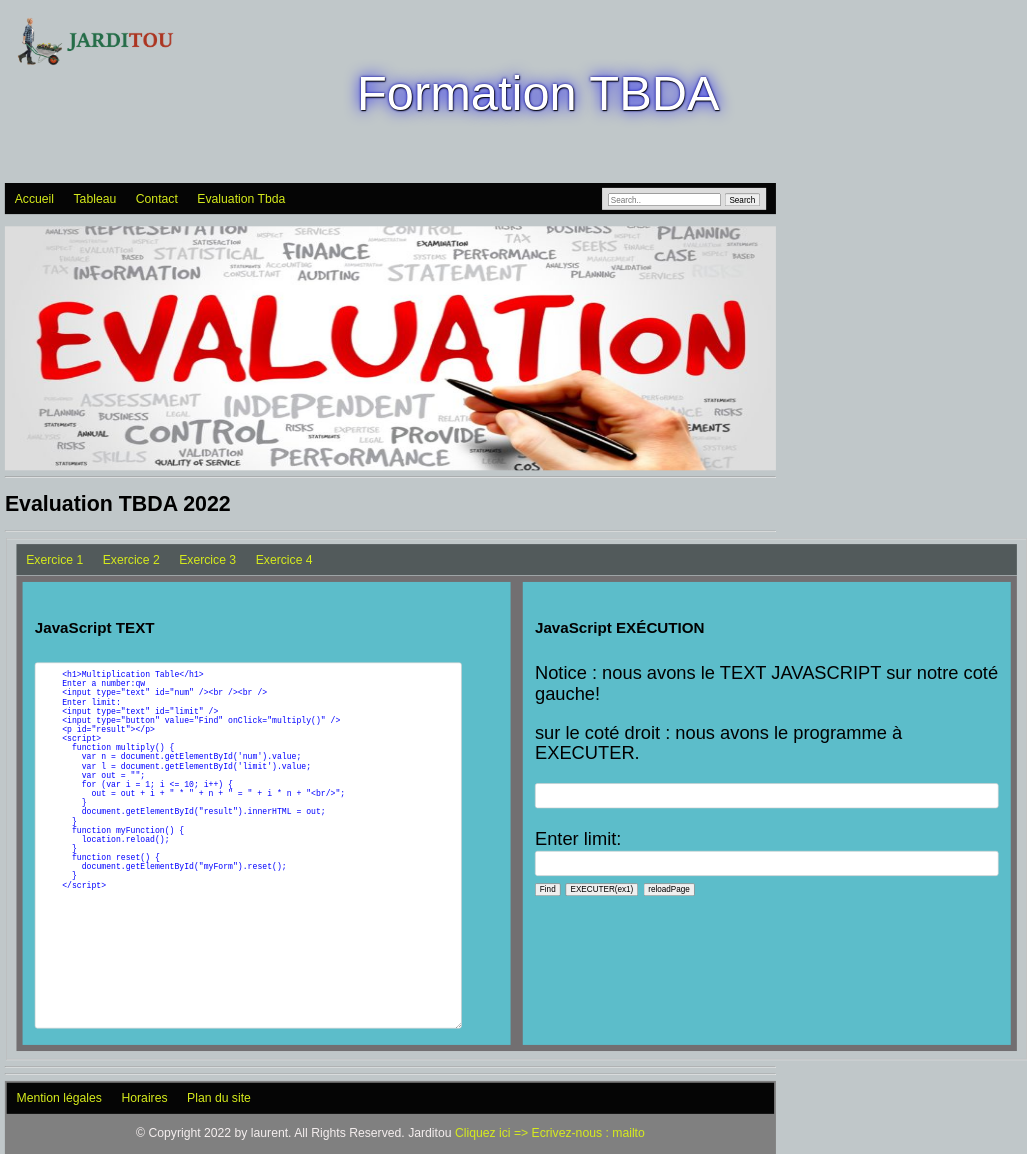
Repository: laurentbul/jarditou
Page: javascript/EvaluationTbda/evaluation_tbda.html
An editor plug-in stored every save of this project. The page is shown before and after the next save, followed by the edit.
The browser window is 1280 px wide. The page is 1684 px wide, so the pictures cover 1684 px, including what lies to the right of the window. The pictures show the whole page, at 61% of full size.

Above is the page before, as saved 2022-12-15 04:15:35.

### javascript/EvaluationTbda/evaluation_tbda.html
<!DOCTYPE html>
<html lang="fr">

<head>
  <meta charset="UTF-8">
  <meta http-equiv="X-UA-Compatible" content="IE=edge">
  <meta name="viewport" content="width=device-width, initial-scale=1.0">
  <title>cours exercices HTML</title>
  <link rel="stylesheet" href="../assets/css/style.css" />

  <style>
    .flex-container2 {
      display: flex;
      background-color: rgb(114, 111, 113);
      justify-content: center;
    }

    .flex-container2>div {
      background-color: #5cbdca;
      margin: 10px;
      padding: 20px;
      font-size: 30px;
      width: 800px;
    }
  </style>
</head>

<body>
  <div class="flex-container">
    <div class="logo"><img src="../assets/img/jarditou_logo.png" alt="jarditou logo" title="jarditou logo"
        height="80" />
    </div>
    <div>
      <p class="slogan">Formation TBDA </p>
    </div>
  </div>
  <nav>
    <ul>
      <li><a href="../index.html">Accueil</a></li>
      <li><a href="../table.html">Tableau</a></li>
      <li><a href="../contact.html">Contact</a></li>
      <li><a href="../EvaluationTbda/evaluation_tbda.html">Evaluation Tbda</a></li>
      <li class="search-container">
        <div>
          <form action="/action_page.php">
            <input type="text" class="searchinput" placeholder="Search.." name="search" />
            <button type="submit">Search</button>
          </form>
        </div>
      </li>
    </ul>
  </nav>

  <img src="../assets/img/evaluation2.jpg" width="500" height="400" alt="qu'est ce que html" class="imgpromotion"
    title="promotion jarditou" />
  <hr />
  <h1>Evaluation TBDA 2022</h1>
  <hr>
  <fieldset>
    <nav style="padding:1px 0; font-size:20px;">
      <ul style="background-color: #525a5b;">
        <li><a href="eval_ex1.html">Exercice 1 </a></li>
        <li><a href="eval_ex2.html">Exercice 2 </a></li>
        <li><a href="eval_ex3.html">Exercice 3</a></li>
        <li><a href="eval_ex4.html">Exercice 4</a></li>
      </ul>
    </nav>
    <div class="flex-container2">
      <div id="code">
        <h5>JavaScript TEXT</h5>
        <textarea style="height: 600px;width: 700px; color: blue;">
    <h1>Multiplication Table</h1>
    Enter a number:qw
    <input type="text" id="num" /><br /><br />
    Enter limit:
    <input type="text" id="limit" />
    <input type="button" value="Find" onClick="multiply()" />
    <p id="result"></p>
    <script>
      function multiply() {
        var n = document.getElementById('num').value;
        var l = document.getElementById('limit').value;
        var out = "";
        for (var i = 1; i <= 10; i++) {
          out = out + i + " * " + n + " = " + i * n + "<br/>";
        }
        document.getElementById("result").innerHTML = out;
      }
      function myFunction() {
        location.reload();
      }
      function reset() {
        document.getElementById("myForm").reset();
      }
    </script>
</textarea>
      </div>
      <div id="ex1">
        <h5>JavaScript EXÉCUTION</h5>
        <p>Notice : nous avons le TEXT JAVASCRIPT sur notre coté gauche!</p>
        <p> sur le coté droit : nous avons le programme à EXECUTER.</p>
        <input type="text" id="num" /><br /><br />
        Enter limit:
        <input type="text" id="limit" />
        <input type="button" value="Find" onClick="multiply()" />
        <input type="button" onclick="multiply() " value="EXECUTER(ex1)">
        <input type="button" onclick="myFunction()" value="reloadPage">
        <p id="result"></p>
      </div>
    </div>
  </fieldset>
  <hr>
  <script>
    function multiply() {
      var n = document.getElementById('num').value;
      var l = document.getElementById('limit').value;
      var out = "";
      for (var i = 1; i <= 10; i++) {
        out = out + i + " * " + n + " = " + i * n + "<br/>";
      }
      document.getElementById("result").innerHTML = out;
    }
    function myFunction() {
      location.reload();
    }
    function reset() {
      document.getElementById("myForm").reset();
    }
  </script>
  <hr>
  <footer>
    <nav>
      <ul>
        <li><a href="mentionlegale.html">Mention légales</a></li>
        <li><a href="horaire.html">Horaires</a></li>
        <li><a href="plandusite.html">Plan du site</a></li>
      </ul>
    </nav>
    <p style="color: rgb(244, 238, 238);">
      &copy; Copyright 2022 by laurent. All Rights Reserved. Jarditou
      <a href="mailto:dave.loper@afpa.fr" title="Nous contacter">
        Cliquez ici => Ecrivez-nous : mailto
      </a>
    </p>
  </footer>
</body>

</html>

### javascript/assets/css/style.css
body {
  font-family: Arial, Helvetica, sans-serif;
  padding: 0px;
  background-color: rgb(192, 199, 201);
  font-size: 20px;
  height: 1500px;
}
h1{font-size: 35px;
}
h2{font-size: 20px;
}
.flex-container {
  display: flex;
}

.flex-container>div {
  padding: 20px;
}

.jarditou_logo {
  height: 80px;
}

.slogan {
  color: white;
  text-shadow: 1px 1px 2px black, 0 0 25px blue, 0 0 5px darkblue;
  font-size: 40px;
  margin-left: 250px;
  font-size: 80px;
}

ul {
  list-style-type: none;
  margin: 0;
  padding: 0;
  overflow: hidden;
  background-color: rgb(5, 5, 5);
}

li {
  float: left;
}

li a {
  display: block;
  color: white;
  text-align: center;
  padding: 14px 16px;
  text-decoration: none;
}

li a:hover:not(.active) {
  background-color: rgb(240, 10, 10);
}

.active {
  background-color: #4caf50;
}

a:link {
  color: rgb(214, 235, 28);
  background-color: transparent;
  text-decoration: none;
}

ul.a {

  background-color: rgb(179, 167, 167);

  color:rgb(42, 226, 211);

}


aside {
  width: 30%;
  height: 25%px;
  padding-left: 15px;
  float: right;
  font-style: italic;
  background-color: lightgray;
  margin-right: 60px;
  /*display:none */ /*===========correction =======================*/
}



.imgpromotion {
  display: block;
  margin-top: 20px;
  margin-left: auto;
  margin-right: auto;
  width: 100%;
}


footer {
  text-align: center;
  padding: 3px;
  background-color: gray;
  color: white;
}


.search-container {
  float: right;
  padding: 6px 10px;
  margin-top: 8px;
  margin-right: 16px;
  background: #ddd;
  font-size: 20px;
  border: none;
  cursor: pointer;
}


* {
  box-sizing: border-box;
}

input[type=text]:not(.searchinput),
select,
textarea {
  width: 100%;
  padding: 12px;
  border: 1px solid #ccc;
  border-radius: 4px;
  resize: vertical;
}



input[type=submit] {
  display: block;
  margin: 0px;
  width: 100%;
  padding: 12px;
  background-color: rgb(211, 211, 212);
}


input[type=submit]:hover {
  background-color: #d6c82f;
}

.container {
  border-radius: 5px;
  background-color: #af1818;
  padding: 20px;
}

#pays {
  font-size: 20px;
}

#birthday {
  font-size: 20px;
}

table {
  margin-bottom: 50px;
  margin-left: 100px;
}


th,
td {
  border: 1px solid black;
  border-collapse: collapse;
  margin-left: 100px;
  margin-bottom: 10px;
  background-color: #3f3324;
}

th {
  background-color: gray;
}

tr {
  color: azure;
}

table {
  width: 50%;
}

.btncontact {
  height: 45px;
  width: 200px;
  background-color: hsl(127, 4%, 46%);
  font-size: 20px;
  margin-left: 100px;
}

.btncontact:hover {
  background-color: #6ab0d8;
  color: white;
}

/* Responsive layout - when the screen is less than 768px wide, make the two columns stack on top of each other instead of next to each other */
@media screen and (max-width: 768px) {

  body {

    background-color: lavender;
    font-size: 14px;
  }


  .flex-container {
    display: flex;
  }

  .flex-container>div {
    padding: 0px;

  }

  .jarditou_logo {
    height: 80px;
  }

  .slogan {
    color: white;
    text-shadow: 1px 1px 2px black, 0 0 25px blue, 0 0 5px darkblue;
    margin-left: 0px;
    font-size: 40px;
  }

  ul {
    list-style-type: none;
    background-color: #367791;
    width: 768px;
  }

  li {
    background-color: rgb(10, 10, 10);
    display: flex;
    justify-content: center;
    width: 768px;
  }

  li a:hover:not(.active) {
    background-color: rgb(240, 10, 10);
  }

  aside{
    visibility: hidden;
}


}

.error{
  color: rgb(197, 22, 22);
}

After the next save:
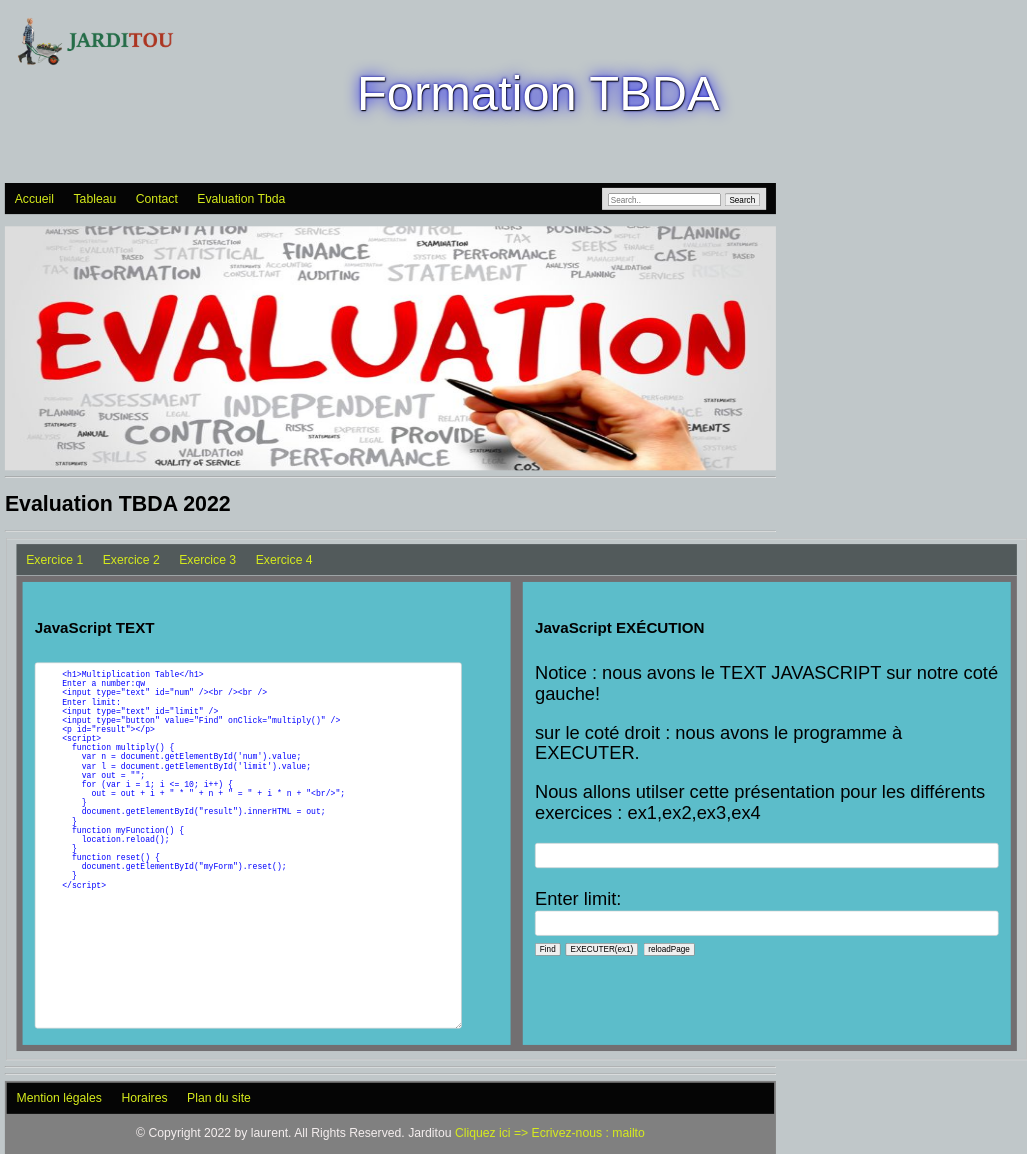
Saved 2 min 31 s later.
--- a/javascript/EvaluationTbda/evaluation_tbda.html
+++ b/javascript/EvaluationTbda/evaluation_tbda.html
@@ -99,6 +99,7 @@
         <h5>JavaScript EXÉCUTION</h5>
         <p>Notice : nous avons le TEXT JAVASCRIPT sur notre coté gauche!</p>
         <p> sur le coté droit : nous avons le programme à EXECUTER.</p>
+        <p>Nous allons utilser cette présentation pour les différents exercices : ex1,ex2,ex3,ex4</p>
         <input type="text" id="num" /><br /><br />
         Enter limit:
         <input type="text" id="limit" />
